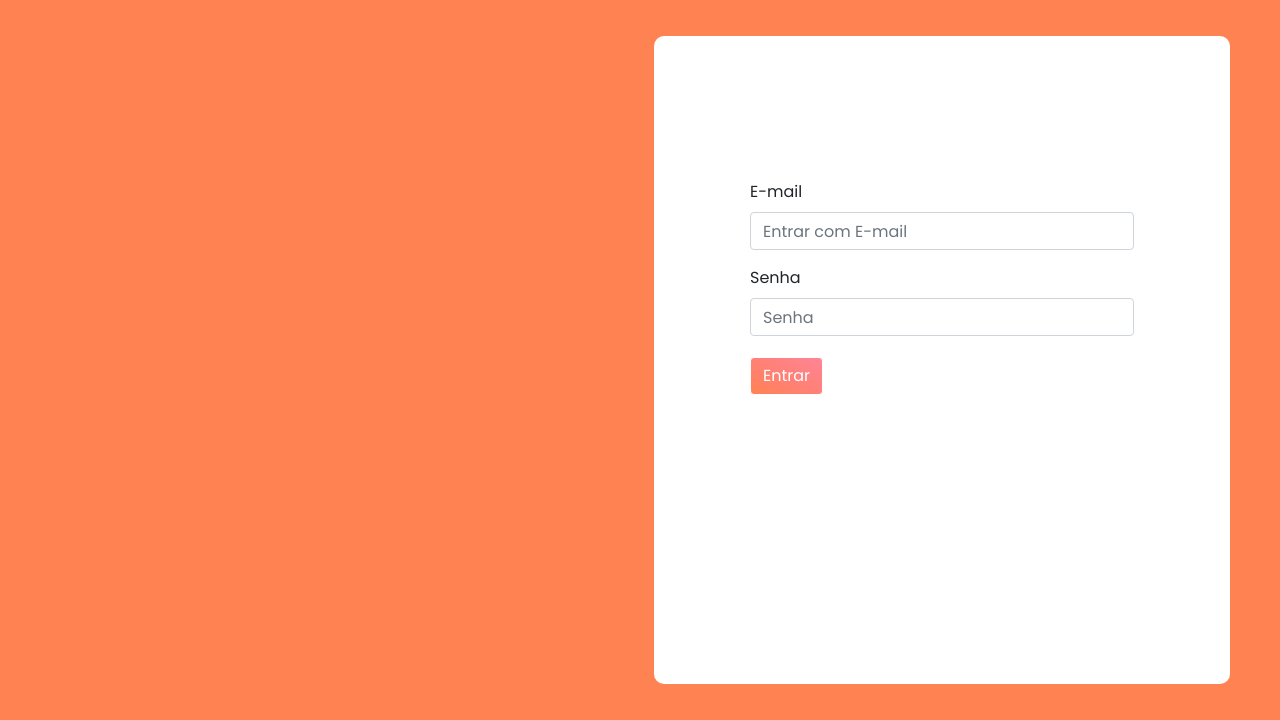
Repository: MilenaMelo/WebSite-PetCheers
Page: /login
An editor plug-in stored every save of this project. The page is shown before and after the next save, followed by the edit.
The browser window is 1280 px wide. The pictures show the whole page.
The project was rebuilt for these pictures with package versions that can differ from the ones it lists, and the page was loaded fresh each time.

Above is the page before, as saved 2020-08-20 16:15:32.

After the next save:
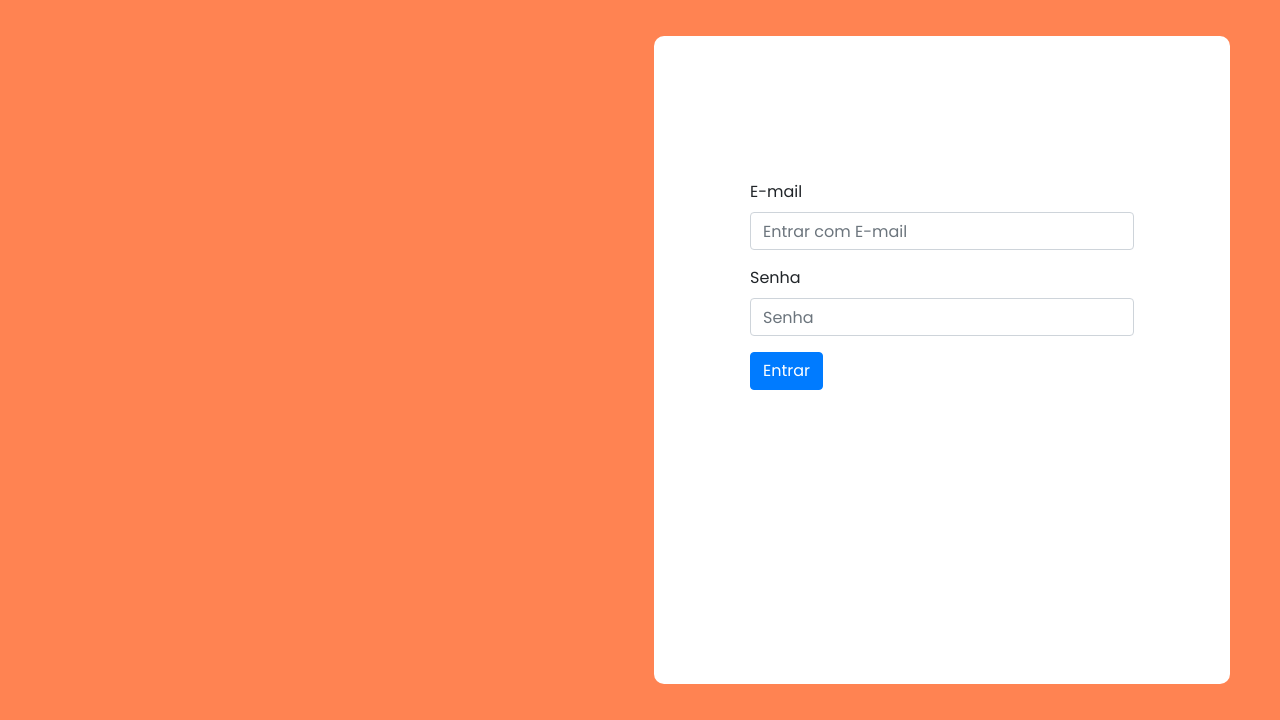
Saved 99 s later.
--- a/src/pages/login/Login.vue
+++ b/src/pages/login/Login.vue
@@ -58,15 +58,6 @@ export default {}
   width: 45vw;
   height: 90vh;
   border-radius: 10px;
-  .btn-primary {
-    margin-top: 5px;
-    background-image: linear-gradient(to right top, #ff8352, #ff8165, #ff8177, #ff8287, #ff8597);
-    border-color: #ffffff;
-    background-color: var(--orange);
-    &:hover {
-      background-color: var(--orange);
-    }
-  }
 }
 .form-login {
   width: 30vw;

After the save that followed:
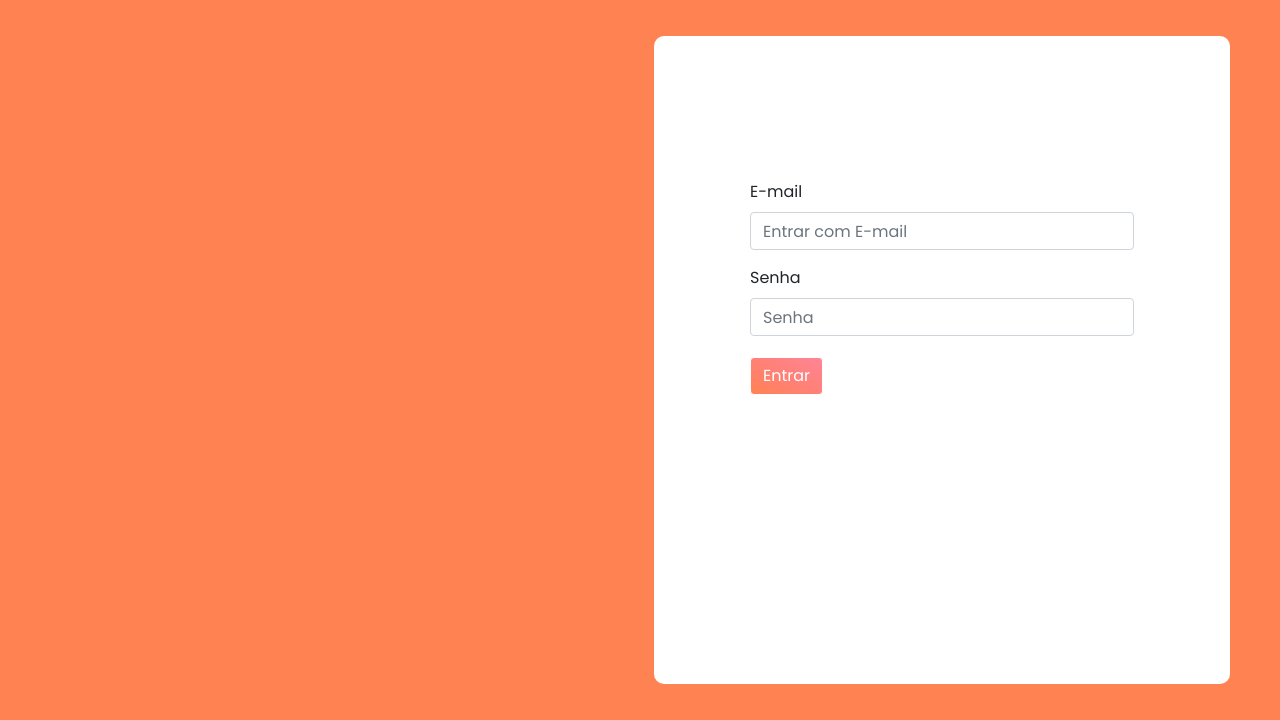
Saved 9 s later.
--- a/src/assets/scss/app.scss
+++ b/src/assets/scss/app.scss
@@ -6,3 +6,14 @@
 * {
   font-family: 'Avenir', 'Poppins', sans-serif;
 }
+
+
+.btn-primary {
+  margin-top: 5px;
+  background-image: linear-gradient(to right top, #ff8352, #ff8165, #ff8177, #ff8287, #ff8597);
+  border-color: #ffffff;
+  background-color: var(--orange);
+  &:hover {
+    background-color: var(--orange);
+  }
+}
